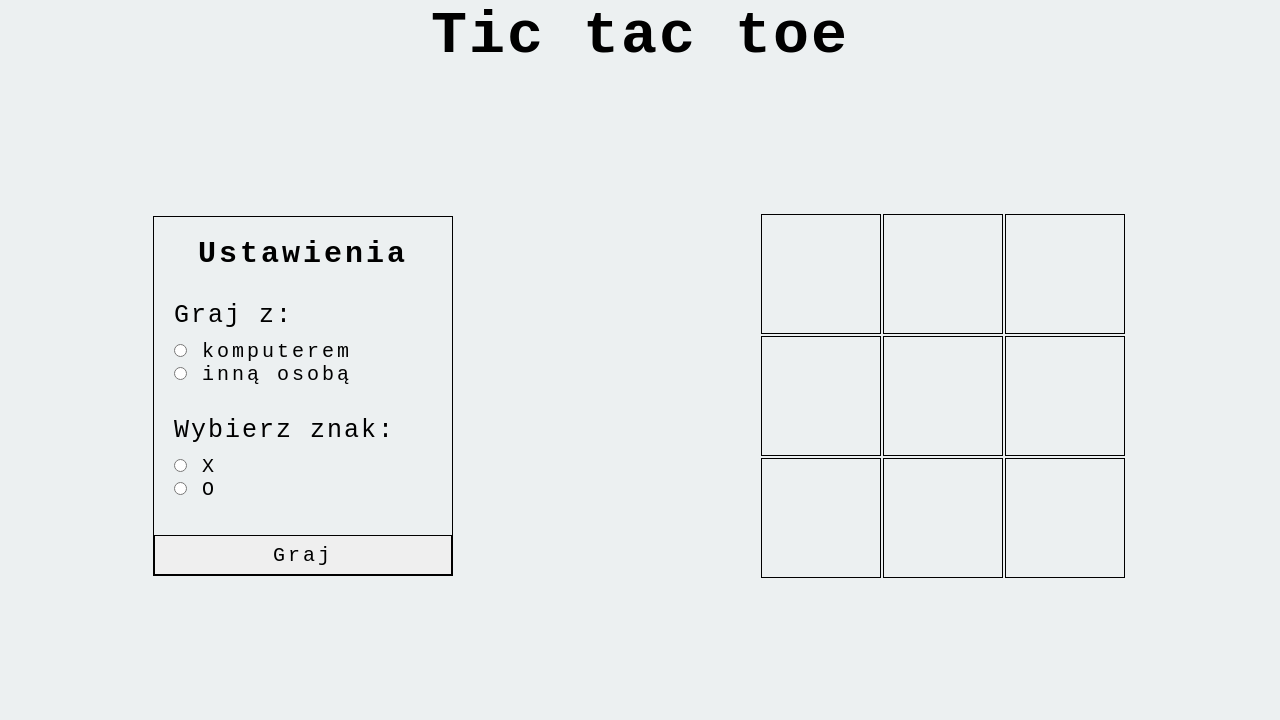
Repository: SebastianArmata22/Tic-Tac-Toe
Page: index.html
These files come from the project's save history. The page is drawn as it stood at one moment and after the next save; the edit follows.
The browser window is 1280 px wide. The pictures show the whole page.
Some web fonts or font styles are not loaded; a fallback is used.

Above is the page before, as saved 2020-11-03 15:02:11.

### index.html
<!DOCTYPE html>
<html>
    <head>
        <meta charset="utf-8">
        <meta http-equiv="X-UA-Compatible" content="IE=edge">
        <title></title>
        <meta name="description" content="">
        <meta name="viewport" content="width=device-width, initial-scale=1">
        <link rel="stylesheet" href="style.css">
    </head>
    <body>
        <div class="inscription">
            <h1>Tic <span>tac</span> toe</h1>
        </div>
        <div class="main-content">
            <div class="settings-div">
                <h2>Ustawienia</h2>
                <div class="choice">
                    <p>Graj z:</p>
                    <label><input type="radio" name="player"> komputerem</label> </br>
                    <label><input type="radio" name="player"> inną osobą</label>

                </div>
                <div class="choice">
                    <p>Wybierz znak:</p>
                    <label><input type="radio" name="sign"> X</label></br>
                    <label><input type="radio" name="sign"> O</label>
                </div>
                <button class="game-btn" >Graj</button>
            </div>
            <div class="tic-tac-toe-div">
                <table>
                    <tr>
                        <th id="1"></th>
                        <th id="2"></th>
                        <th id="3"></th>
                    </tr>
                    <tr>
                        <th id="4"></th>
                        <th id="5"></th>
                        <th id="6"></th>
                    </tr>
                    <tr>
                        <th id="7"></th>
                        <th id="8"></th>
                        <th id="9"></th>
                    </tr>
                </table>

            </div>
        </div>

        <script src="script.js" ></script>
    </body>
</html>

### style.css
@import url('https://fonts.googleapis.com/css2?family=Syne+Mono&display=swap');
*{
    margin: 0;
    padding: 0;
    box-sizing: border-box;
    font-family: 'Syne Mono', monospace;
}
.inscription{
    height: 10vh;
    display: flex;
    align-items: center;
    justify-content: center;
    font-size: 30px;
    background-color: #ecf0f1;
    letter-spacing: 2px;
}
.main-content{
    display: flex;
    justify-content:space-around;
    align-items: center;
    min-height: 90vh;
    flex-wrap: wrap;
    background-color: #ecf0f1;

}

th{
border: 1px solid black;
height: 120px;
width: 120px;
}

th:hover{
background-color: #bdc3c7;
transition: all 0.5s ease-out;

}
.settings-div{
    height: 360px;
    position: relative;
    border: 1px solid black;
    width: 300px;
    padding: 20px;
}
.settings-div h2{
    text-align: center;
    letter-spacing: 3px;
    font-size: 30px;
}
.game-btn{
    position: absolute;
    bottom: 0;
    left: 0;
    width: 100%;
    border-style: none;
    height: 40px;
    font-size: 20px;
    border: 1px solid black;
    letter-spacing: 3px;
}
.game-btn:hover{
    background-color: black;
    color: #bdc3c7;
}
.choice{
    margin-top: 30px;
}
.choice p{
    font-size: 25px;
    letter-spacing: 2px;
    margin-bottom: 10px;
}
.choice label{
    font-size: 20px;
    letter-spacing: 3px;
}

Loaded but not shown: script.js (no copy from this time; the picture is the same without it)

After the next save:
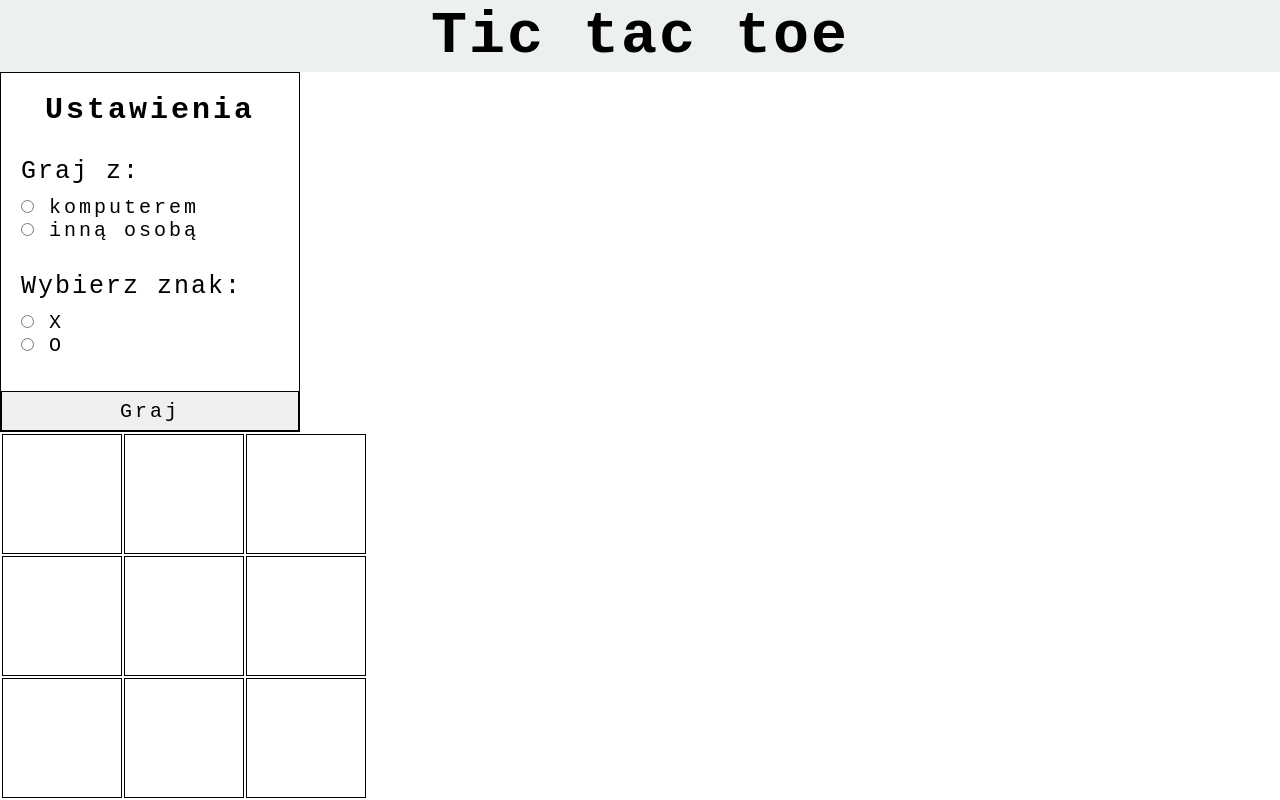
Saved 22 s later.
--- a/style.css
+++ b/style.css
@@ -14,6 +14,9 @@
     background-color: #ecf0f1;
     letter-spacing: 2px;
 }
+.inscription span[
+    color:
+]
 .main-content{
     display: flex;
     justify-content:space-around;

After the save that followed:
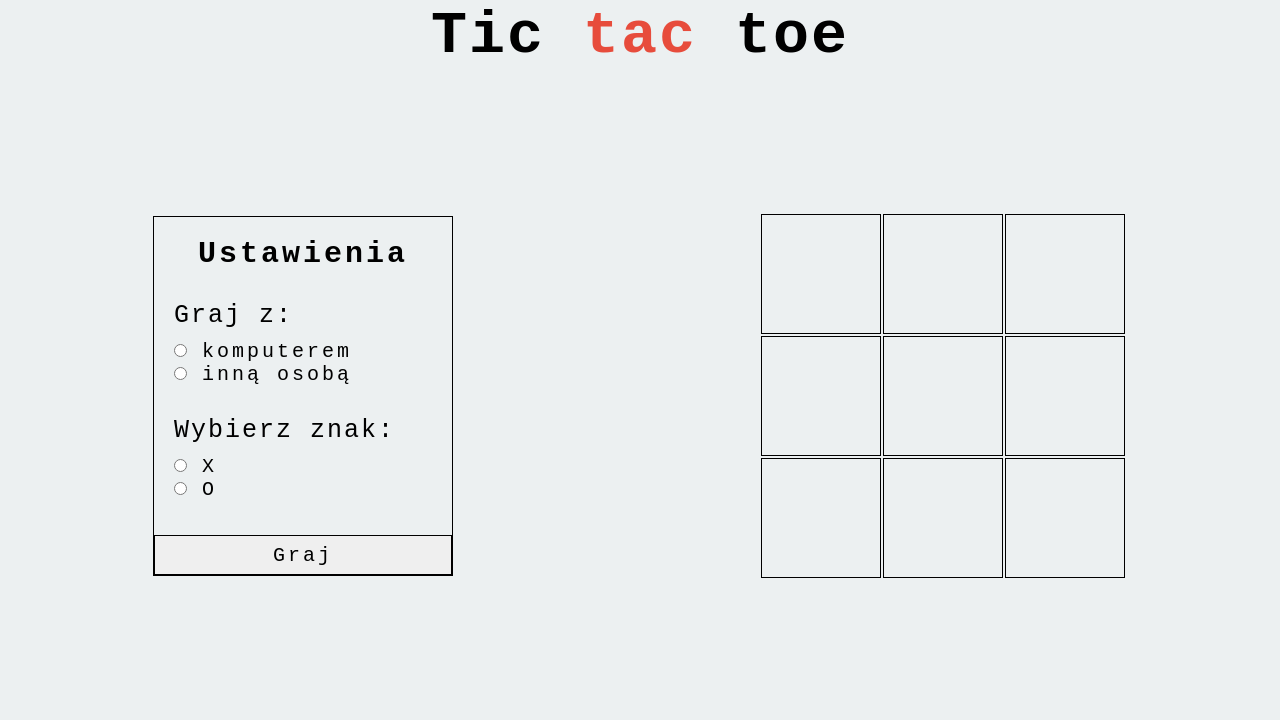
Saved 42 s later.
--- a/style.css
+++ b/style.css
@@ -14,9 +14,9 @@
     background-color: #ecf0f1;
     letter-spacing: 2px;
 }
-.inscription span[
-    color:
-]
+.inscription span{
+    color: #e74c3c;
+}
 .main-content{
     display: flex;
     justify-content:space-around;
